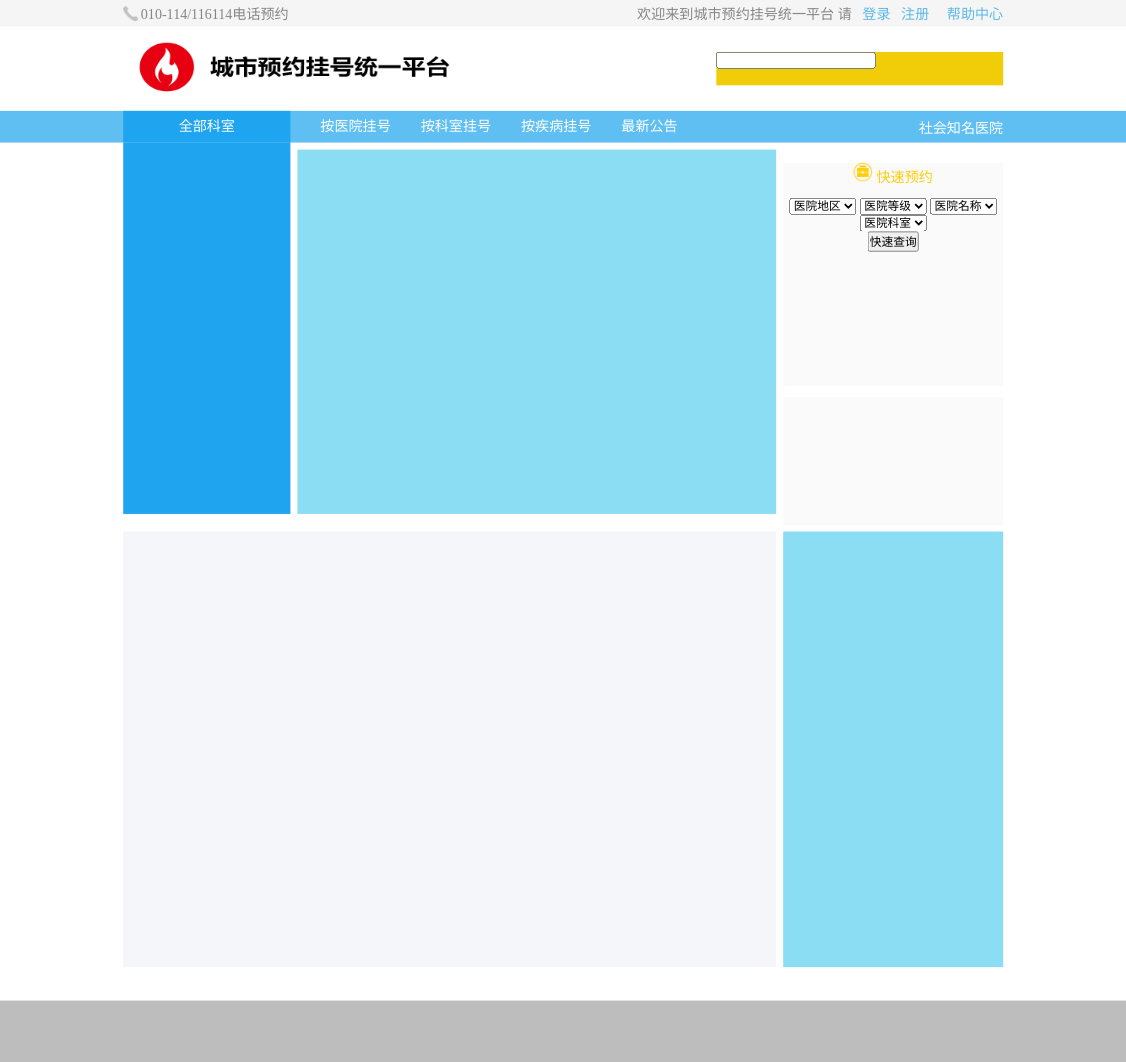
Repository: zhenzhen-gong/HospitalDemo
Page: index.html
An editor plug-in stored every save of this project. The page is shown before and after the next save, followed by the edit.
The browser window is 1280 px wide. The pictures show the whole page, at 88% of full size.

Above is the page before, as saved 2020-07-08 18:03:32.

After the next save:
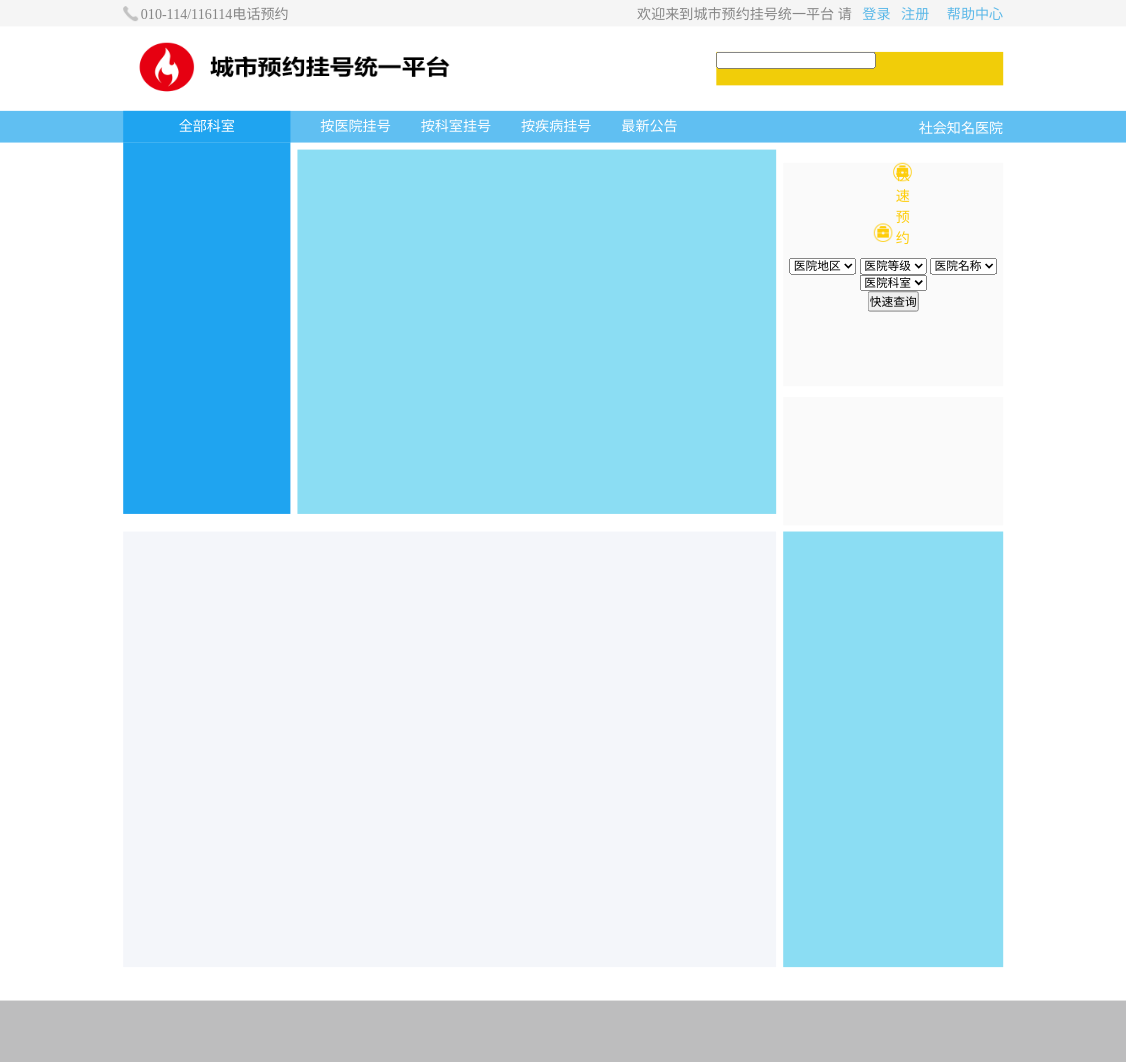
Saved 33 s later.
--- a/index.html
+++ b/index.html
@@ -49,7 +49,7 @@
         <div class="banner-slider"></div>
         <div class="banner-right">
             <div class="banner-search">
-                <div><span class="img"></span> 快速预约</div>
+                <div><span class="img"></span><span class="text">快速预约</span> </div>
                 <select name="area" ><option value="area">医院地区</option> </select>
                 <select name="level" ><option value="level">医院等级</option> </select>
                 <select name="name" ><option value="name">医院名称</option> </select>
